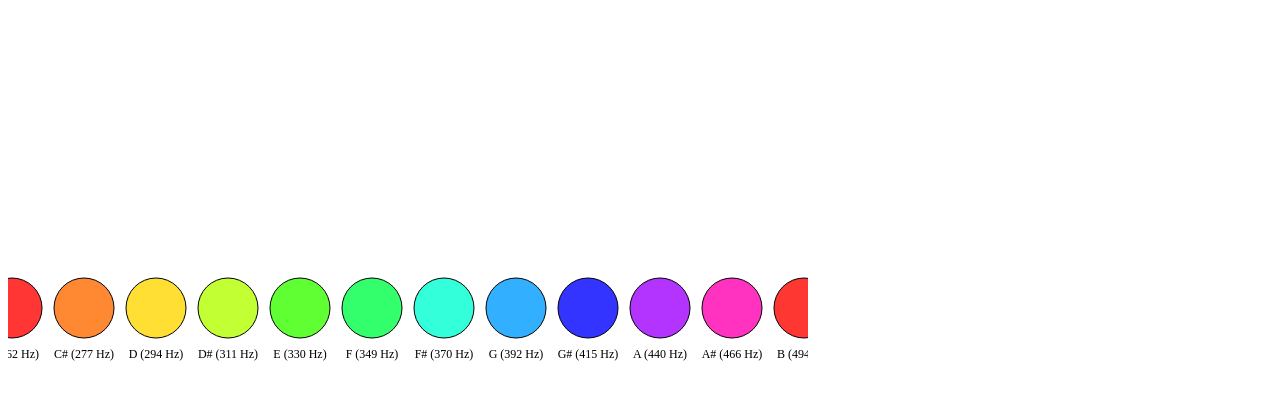
Repository: studiorichie/richielau.com
Page: assets/sound-to-color.html
The author's editor kept a copy of each file at every save. The page is drawn from the files as they stood at one save, then again after the next save.
The browser window is 1280 px wide. The pictures show the whole page.

Above is the page before, as saved 2024-11-06 18:29:58.

After the next save:
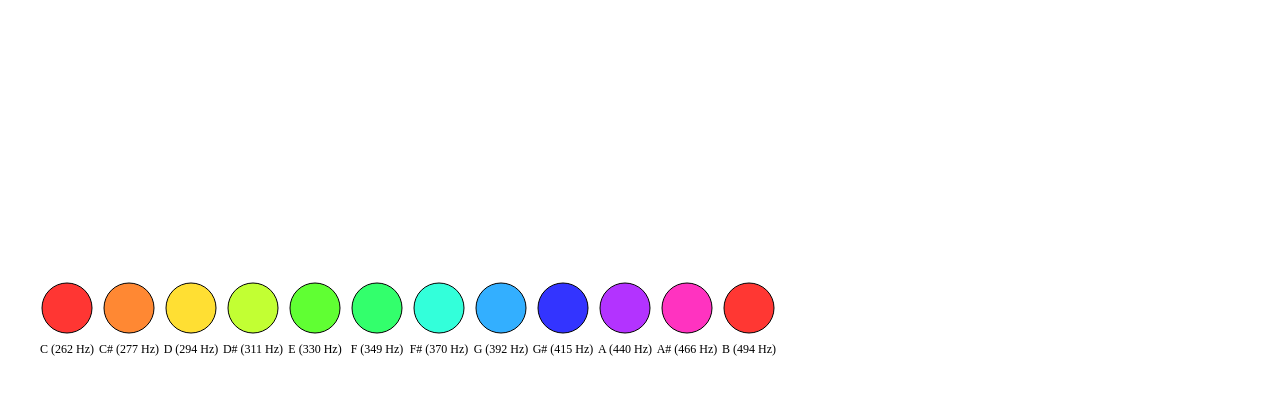
Saved 2 min 15 s later.
--- a/assets/sound-to-color.html
+++ b/assets/sound-to-color.html
@@ -56,7 +56,7 @@
         const width = svg.attr("width");
         const height = svg.attr("height");
 
-        const circleRadius = 30; // Radius of each circle
+        const circleRadius = 25; // Radius of each circle
         const padding = 12; // Space between circles
 
         // Calculate the total width for the row of circles (number of circles * diameter + spaces between)
